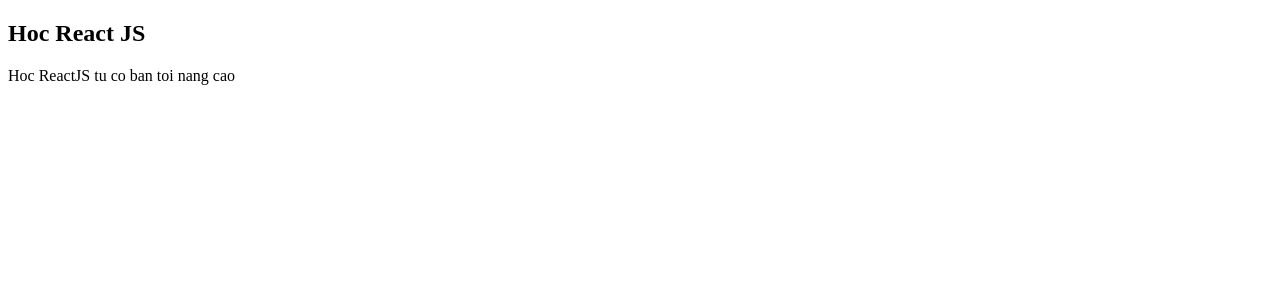
Repository: anhsan10012000/learn-git
Page: index.html
An editor plug-in stored every save of this project. The page is shown before and after the next save, followed by the edit.
The browser window is 1280 px wide. The pictures show the whole page.

Above is the page before, as saved 2022-07-16 09:42:04.

### index.html
<!DOCTYPE html>
<html lang="en">
<head>
    <meta charset="UTF-8">
    <meta http-equiv="X-UA-Compatible" content="IE=edge">
    <meta name="viewport" content="width=device-width, initial-scale=1.0">
    <title>Document</title>
    <script src="https://unpkg.com/react@18/umd/react.development.js" crossorigin></script>
    <script src="https://unpkg.com/react-dom@18/umd/react-dom.development.js" crossorigin></script>
</head>
<body>
   <div id="root"></div>
    <script>
        //DOM
        // const divDOM = document.createElement('div');
        // divDOM.className = 'post-item';
        // const h2DOM = document.createElement('h2');
        // h2DOM.title = 'Hoc React tai F8';
        // h2DOM.innerText = 'Hoc ReactJS';
        // const pDOM = document.createElement('p');
        // pDOM.innerText = 'Hoc ReactSJ tu co ban toi nang cao';
        // divDOM.appendChild(h2DOM);
        // divDOM.appendChild(pDOM);
        // document.body.appendChild(divDOM);
        // const ulDOM = document.createElement('ul');
        // ulDOM.className = 'ul-dom';
        // ulDOM.id = 'ul-list';
        // ulDOM.style = 'color: green; font-size: 40px;';
        // const li1DOM = document.createElement('li');
        // li1DOM.className = 'li-dom';
        // li1DOM.innerText = 'Javascript';
        // const li2DOM = document.createElement('li');
        // li2DOM.innerText = 'ReactJs';
        // ulDOM.appendChild(li1DOM);
        // ulDOM.appendChild(li2DOM);
        // document.body.appendChild(ulDOM);
    //    const h1DOM = document.createElement('h1');
    //    h1DOM.title = 'hello';
    //    h1DOM.className = 'heading';
    //    h1DOM.innerText = 'Hello may cung ';
    //    document.body.appendChild(h1DOM);
       //React
       const divReact = React.createElement(
        'div',
        {className: 'post-item'},
        React.createElement('h2',{title: 'Hoc React tai F8'},'Hoc React JS'),
        React.createElement('p',null,'Hoc ReactJS tu co ban toi nang cao')
       );

       const ulReact = React.createElement(
        'ul',
        {id: 'ul-react',style: 'color: green; font-size: 40px;', },
        React.createElement('li',null,'Javascript'),
        React.createElement('li',null,'ReactJs'),
       );

       const h1React = React.createElement('h1',{
        title: 'Hello',
        className: 'heading',
       }, 'Hello emmm');


    //Get root element
    const root = document.getElementById('root')
    //React-DOM -> Render UI
ReactDOM.render(divReact,root)
    </script>
</body>
</html>

After the next save:
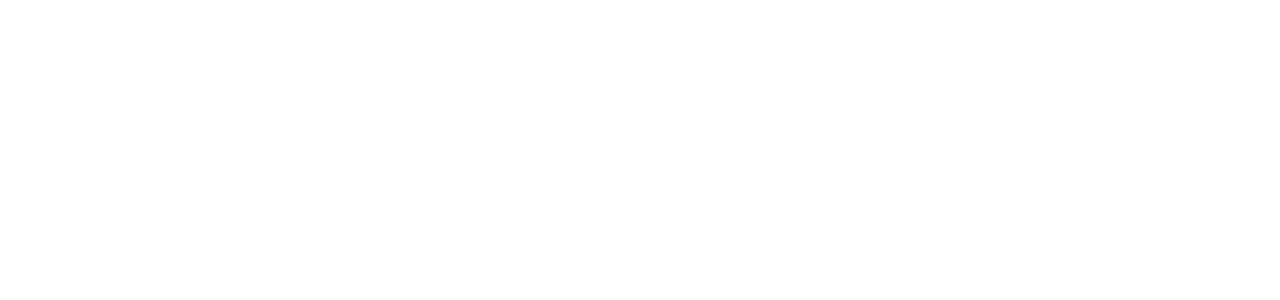
Console error (its wording comes from the project's code and is left out).
Saved 55 s later.
--- a/index.html
+++ b/index.html
@@ -1,5 +1,6 @@
 <!DOCTYPE html>
 <html lang="en">
+
 <head>
     <meta charset="UTF-8">
     <meta http-equiv="X-UA-Compatible" content="IE=edge">
@@ -8,8 +9,9 @@
     <script src="https://unpkg.com/react@18/umd/react.development.js" crossorigin></script>
     <script src="https://unpkg.com/react-dom@18/umd/react-dom.development.js" crossorigin></script>
 </head>
+
 <body>
-   <div id="root"></div>
+    <div id="root"></div>
     <script>
         //DOM
         // const divDOM = document.createElement('div');
@@ -34,36 +36,39 @@
         // ulDOM.appendChild(li1DOM);
         // ulDOM.appendChild(li2DOM);
         // document.body.appendChild(ulDOM);
-    //    const h1DOM = document.createElement('h1');
-    //    h1DOM.title = 'hello';
-    //    h1DOM.className = 'heading';
-    //    h1DOM.innerText = 'Hello may cung ';
-    //    document.body.appendChild(h1DOM);
-       //React
-       const divReact = React.createElement(
-        'div',
-        {className: 'post-item'},
-        React.createElement('h2',{title: 'Hoc React tai F8'},'Hoc React JS'),
-        React.createElement('p',null,'Hoc ReactJS tu co ban toi nang cao')
-       );
+        //    const h1DOM = document.createElement('h1');
+        //    h1DOM.title = 'hello';
+        //    h1DOM.className = 'heading';
+        //    h1DOM.innerText = 'Hello may cung ';
+        //    document.body.appendChild(h1DOM);
+        //React
+        const divReact = React.createElement(
+            'div',
+            { className: 'post-item' },
+            React.createElement('h2', { title: 'Hoc React tai F8' }, 'Hoc React JS'),
+            React.createElement('p', null, 'Hoc ReactJS tu co ban toi nang cao')
+        );
 
-       const ulReact = React.createElement(
-        'ul',
-        {id: 'ul-react',style: 'color: green; font-size: 40px;', },
-        React.createElement('li',null,'Javascript'),
-        React.createElement('li',null,'ReactJs'),
-       );
+        const ulReact = React.createElement(
+            'ul',
+            { id: 'ul-react', style: 'color: green; font-size: 40px;', },
+            React.createElement('li', null, 'Javascript'),
+            React.createElement('li', null, 'ReactJs'),
+        );
 
-       const h1React = React.createElement('h1',{
-        title: 'Hello',
-        className: 'heading',
-       }, 'Hello emmm');
+        const h1React = React.createElement('h1', {
+            title: 'Hello',
+            className: 'heading',
+        }, 'Hello emmm');
 
 
-    //Get root element
-    const root = document.getElementById('root')
-    //React-DOM -> Render UI
-ReactDOM.render(divReact,root)
+        //Get root element
+        const root = document.getElementById('root')
+        //React-DOM -> Render UI
+        ReactDOM.render(divReact, root)
+        ReactDOM.render(ulReact,root)
+        ReactDOM.render(h1React,root)
     </script>
 </body>
+
 </html>

After the 5 saves that followed:
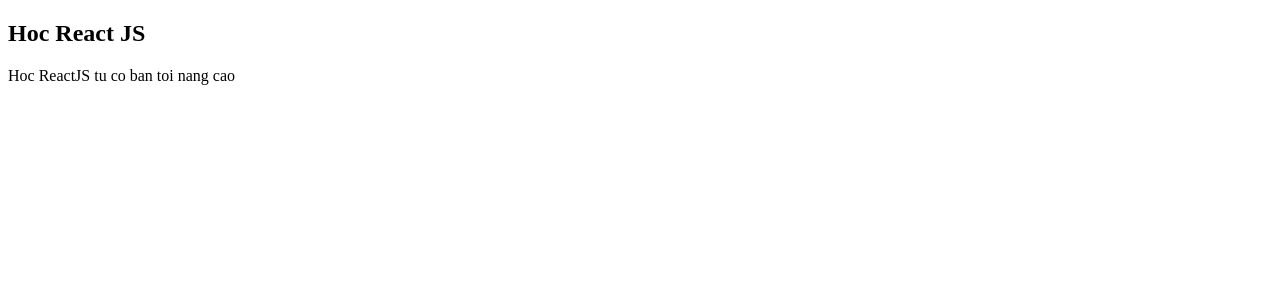
The error is gone.
The 5 saves are shown as one change because 4 left the picture as it was.
The last was saved 55 s later.
--- a/index.html
+++ b/index.html
@@ -65,9 +65,9 @@
         //Get root element
         const root = document.getElementById('root')
         //React-DOM -> Render UI
-        ReactDOM.render(divReact, root)
-        ReactDOM.render(ulReact,root)
-        ReactDOM.render(h1React,root)
+        ReactDOM.render(divReact, root);
+        // ReactDOM.render(ulReact,root);
+        // ReactDOM.render(h1React,root);
     </script>
 </body>
 
